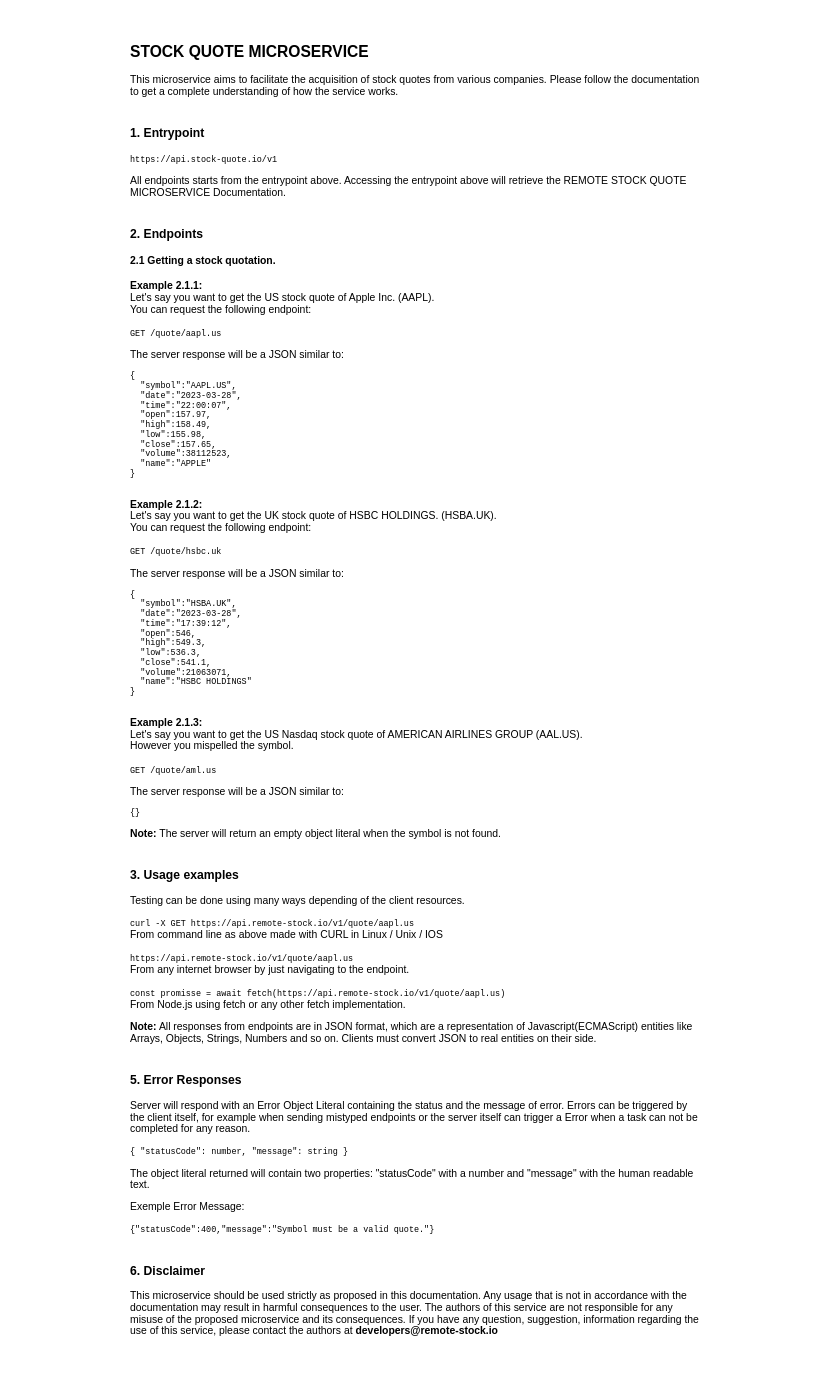
Repository: miguelamello/nest-js
Page: stock-service/documentation.html
The author's editor kept a copy of each file at every save. The page is drawn from the files as they stood at one save, then again after the next save.
The browser window is 1280 px wide. The pictures show the whole page, at 65% of full size.

Above is the page before, as saved 2023-04-01 15:24:51.

### stock-service/documentation.html
<!DOCTYPE html>
<html lang="en">
<head>
  <meta charset="UTF-8">
  <meta http-equiv="X-UA-Compatible" content="IE=edge">
  <meta name="viewport" content="width=device-width, initial-scale=1.0">
  <title>STOCK QUOTE MICROSERVICE</title>
  <style>
    body {
      font-family: Arial, Helvetica, sans-serif;
      padding: 3% 15%;
    }
    h3 {
      margin-top: 5%;
    }
    pre {
      margin: 0;
    }
  </style>
</head>
<body>
  <h2>STOCK QUOTE MICROSERVICE</h2>
  <p>
    This microservice aims to facilitate the acquisition of stock quotes from various companies.
    Please follow the documentation to get a complete understanding of how the service works.
  </p>

  <h3>1. Entrypoint</h3>
  <code>https://api.stock-quote.io/v1</code>
  <p>
    All endpoints starts from the entrypoint above. Accessing the entrypoint
    above will retrieve the REMOTE STOCK QUOTE MICROSERVICE Documentation.
  </p>

  <h3>2. Endpoints</h3>

  <h4>2.1 Getting a stock quotation.</h4>

  <p>
    <div><b>Example 2.1.1:</b></div>
    <div>Let's say you want to get the US stock quote of Apple Inc. (AAPL).</div>
    <div>You can request the following endpoint:</div><br>
    <code>GET /quote/aapl.us</code>

    <p>The server response will be a JSON similar to:</p>

    <pre>
{
  "symbol":"AAPL.US",
  "date":"2023-03-28",
  "time":"22:00:07",
  "open":157.97,
  "high":158.49,
  "low":155.98,
  "close":157.65,
  "volume":38112523,
  "name":"APPLE"
}
    </pre>
  </p>
  <p>
    <div><b>Example 2.1.2:</b></div>
    <div>Let's say you want to get the UK stock quote of HSBC HOLDINGS. (HSBA.UK).</div>
    <div>You can request the following endpoint:</div><br>
    <code>GET /quote/hsbc.uk</code>

    <p>The server response will be a JSON similar to:</p>

    <pre>
{
  "symbol":"HSBA.UK",
  "date":"2023-03-28",
  "time":"17:39:12",
  "open":546,
  "high":549.3,
  "low":536.3,
  "close":541.1,
  "volume":21063071,
  "name":"HSBC HOLDINGS"
}
    </pre>
  </p>

  <p>
    <div><b>Example 2.1.3:</b></div>
    <div>Let's say you want to get the US Nasdaq stock quote of AMERICAN AIRLINES GROUP (AAL.US).</div>
    <div>However you mispelled the symbol.</div><br>
    <code>GET /quote/aml.us</code>

    <p>The server response will be a JSON similar to:</p>

    <pre>{}</pre>

    <p>
      <b>Note:</b> The server will return an empty object literal when the symbol is not found.
    </p>
  </p>

  <h3>3. Usage examples</h3>

  <p>Testing can be done using many ways depending of the client resources.</p>

  <code>curl -X GET https://api.remote-stock.io/v1/quote/aapl.us</code>
  <div>From command line as above made with CURL in Linux / Unix / IOS</div>
  <br>
  <code>https://api.remote-stock.io/v1/quote/aapl.us</code>
  <div>From any internet browser by just navigating to the endpoint.</div>
  <br>
  <code>const promisse = await fetch(https://api.remote-stock.io/v1/quote/aapl.us)</code>
  <div>From Node.js using fetch or any other fetch implementation.</div>

  <p>
    <b>Note:</b> All responses from endpoints are in JSON format, which are a
    representation of Javascript(ECMAScript) entities like Arrays, Objects,
    Strings, Numbers and so on. Clients must convert JSON to real entities
    on their side.
  </p>



  <h3>5. Error Responses</h3>

  <p>
    Server will respond with an Error Object Literal containing
    the status and the message of error. Errors can be triggered
    by the client itself, for example when sending mistyped endpoints
    or the server itself can trigger a Error when a
    task can not be completed for any reason.
  </p>

  <p>
    <code>{ "statusCode": number, "message": string }</code><br>
    <div>
      The object literal returned will contain two properties:
      "statusCode" with a number and "message" with the human readable text.
    </div>
  </p>

  <p>Exemple Error Message:</p>
  <p>
    <code>
      {"statusCode":400,"message":"Symbol must be a valid quote."}
    </code>
  </p>

  <h3>6. Disclaimer</h3>
  <p>
    This microservice should be used strictly as proposed in this documentation.
    Any usage that is not in accordance with the documentation may result in harmful
    consequences to the user. The authors of this service are not responsible for
    any misuse of the proposed microservice and its consequences. If you have any question,
    suggestion, information regarding the use of this service, please contact
    the authors at <b>developers@remote-stock.io</b>
  </p>

</body>
</html>

After the next save:
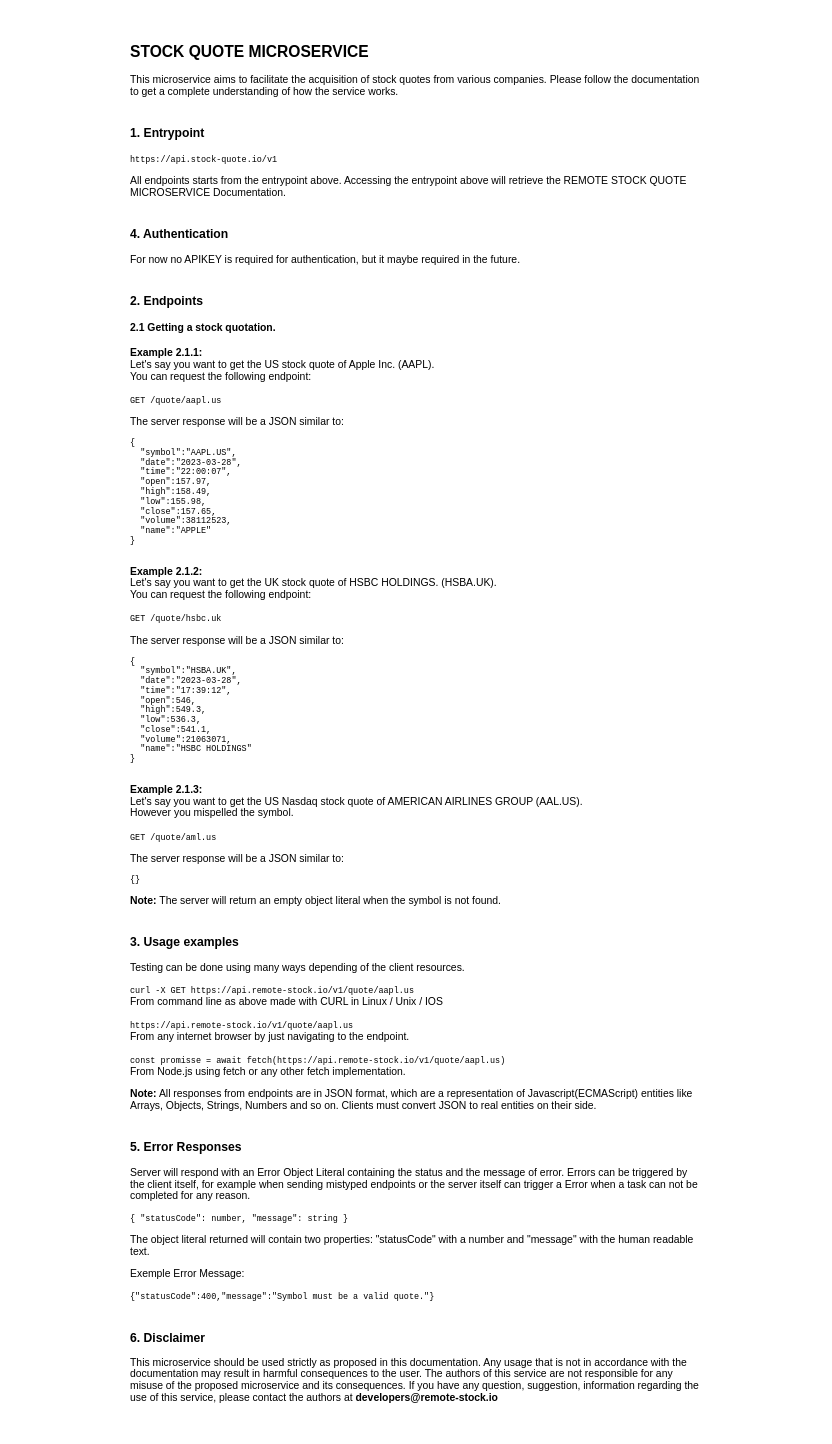
Saved 8 s later.
--- a/stock-service/documentation.html
+++ b/stock-service/documentation.html
@@ -31,6 +31,9 @@
     All endpoints starts from the entrypoint above. Accessing the entrypoint
     above will retrieve the REMOTE STOCK QUOTE MICROSERVICE Documentation.
   </p>
+
+  <h3>4. Authentication</h3>
+  <p>For now no APIKEY is required for authentication, but it maybe required in the future.</p>
 
   <h3>2. Endpoints</h3>
 
